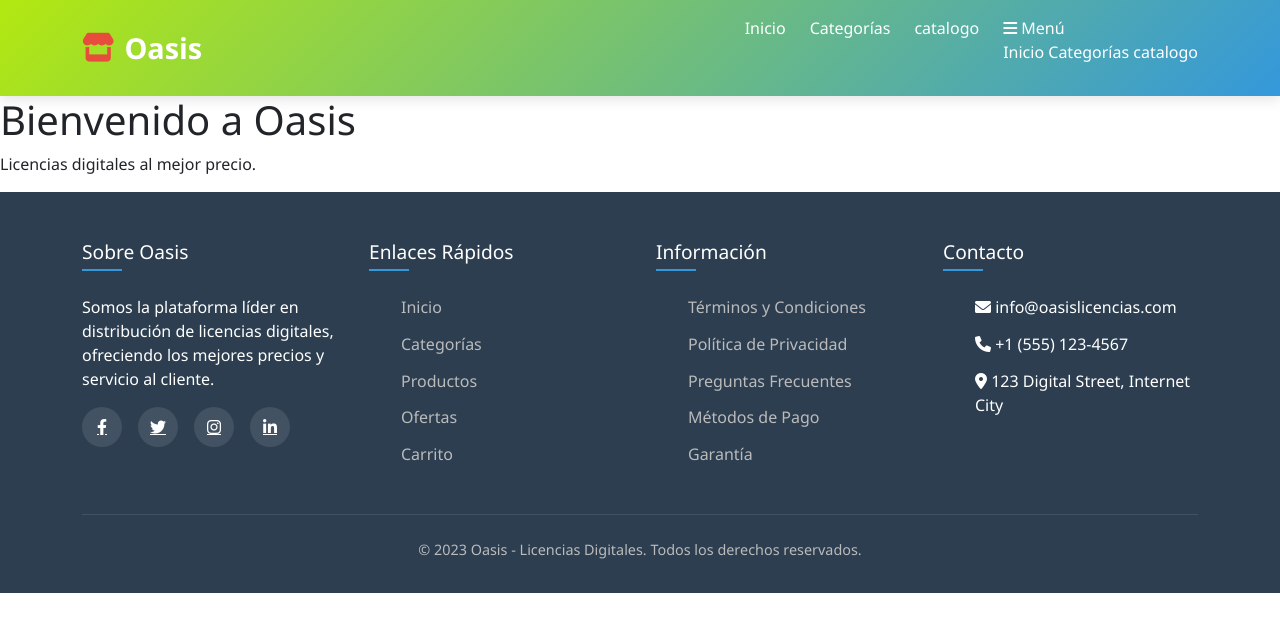
Repository: chicharo2025/oasis
Page: http://localhost/
These files come from the project's save history. The page is drawn as it stood at one moment and after the next save; the edit follows.
The browser window is 1280 px wide. The pictures show the whole page.
The page is served by the project's application, run on Django 5.2 (django_techstore/manage.py). Other server files are loaded and not shown.

Above is the page before, as saved 2025-04-12 17:59:22.

### django_techstore/productos/templates/productos/index.html
<!-- <!DOCTYPE html>
<html lang="es">
<head>
    <meta charset="UTF-8">
    <meta name="viewport" content="width=device-width, initial-scale=1.0">
    <title>Oasis</title>
    <link rel="stylesheet" href="https://cdnjs.cloudflare.com/ajax/libs/font-awesome/6.0.0-beta3/css/all.min.css">
    <link rel="stylesheet" href="static/css/style.css">

</head>
<body>
     Header
    <header>
        <div class="container">
            <div class="header-content">
                <div class="logo">
                    <i class="fas fa-store"></i>
                    <span>Oasis</span>
                </div>
                <nav>
                    <ul>
                        <li><a href="#inicio">Inicio</a></li>
                        <li><a href="categorias.html">Categorías</a></li>
                        <li><a href="#productos">Productos</a></li>
                        <li><a href="#ofertas">Ofertas</a></li>
                        <li>
                            <a href="#carrito" class="cart-icon">
                                <i class="fas fa-shopping-cart"></i>
                                <span class="cart-count">0</span>
                            </a>
                        </li>
                    </ul>
                </nav>
            </div>
        </div>
    </header>


    <div class="container">
        <div class="search-container">
            <input type="text" class="search-bar" placeholder="Buscar productos...">
            <button class="search-btn"><i class="fas fa-search"></i></button>
        </div>
    </div>
<a href="categoria.html"></a>

    <section class="hero" id="inicio">
        <div class="hero-content">
            <h1>Licencias Digitales al Mejor Precio</h1>
            <p>Encuentra las mejores cuentas premium de Netflix, HBO, Spotify, Office y más en un solo lugar.</p>
            <a href="#productos" class="btn">Explorar Productos</a>
        </div>
    </section>





    Offers Section
    <section class="container" id="ofertas">
        <h2 class="section-title">Ofertas Especiales</h2>
        <div class="offers">
            <div class="offer-banner">
                <h2>¡Gran Liquidación de Verano!</h2>
                <p>Hasta 50% de descuento en licencias seleccionadas. Oferta válida por tiempo limitado.</p>
                <div class="timer">
                    <div class="timer-item">
                        <span id="days">00</span>
                        <span>Días</span>
                    </div>
                    <div class="timer-item">
                        <span id="hours">00</span>
                        <span>Horas</span>
                    </div>
                    <div class="timer-item">
                        <span id="minutes">00</span>
                        <span>Min</span>
                    </div>
                    <div class="timer-item">
                        <span id="seconds">00</span>
                        <span>Seg</span>
                    </div>
                </div>
                <a href="#productos" class="btn">Ver Ofertas</a>
            </div>
        </div>
    </section>




    <script>
        // Countdown Timer
        function updateCountdown() {
            const now = new Date();
            const endDate = new Date();
            endDate.setDate(now.getDate() + 7); // 7 days from now

            const totalSeconds = (endDate - now) / 1000;

            const days = Math.floor(totalSeconds / 3600 / 24);
            const hours = Math.floor(totalSeconds / 3600) % 24;
            const minutes = Math.floor(totalSeconds / 60) % 60;
            const seconds = Math.floor(totalSeconds) % 60;

            document.getElementById('days').textContent = formatTime(days);
            document.getElementById('hours').textContent = formatTime(hours);
            document.getElementById('minutes').textContent = formatTime(minutes);
            document.getElementById('seconds').textContent = formatTime(seconds);
        }

        function formatTime(time) {
            return time < 10 ? `0${time}` : time;
        }

        setInterval(updateCountdown, 1000);
        updateCountdown();

        // Add to Cart Animation
        const addToCartButtons = document.querySelectorAll('.add-to-cart');
        const cartCount = document.querySelector('.cart-count');
        let count = 0;

        addToCartButtons.forEach(button => {
            button.addEventListener('click', function() {
                count++;
                cartCount.textContent = count;

                // Animation
                cartCount.style.transform = 'scale(1.5)';
                setTimeout(() => {
                    cartCount.style.transform = 'scale(1)';
                }, 300);

                // Notification
                const notification = document.createElement('div');
                notification.textContent = 'Producto añadido al carrito';
                notification.style.position = 'fixed';
                notification.style.bottom = '20px';
                notification.style.right = '20px';
                notification.style.backgroundColor = 'var(--success)';
                notification.style.color = 'white';
                notification.style.padding = '10px 20px';
                notification.style.borderRadius = '5px';
                notification.style.boxShadow = '0 2px 10px rgba(0,0,0,0.2)';
                notification.style.zIndex = '1000';
                notification.style.animation = 'fadeIn 0.5s ease';

                document.body.appendChild(notification);

                setTimeout(() => {
                    notification.style.animation = 'fadeIn 0.5s ease reverse';
                    setTimeout(() => {
                        document.body.removeChild(notification);
                    }, 500);
                }, 3000);
            });
        });

        // Smooth Scrolling
        document.querySelectorAll('a[href^="#"]').forEach(anchor => {
            anchor.addEventListener('click', function(e) {
                e.preventDefault();

                document.querySelector(this.getAttribute('href')).scrollIntoView({
                    behavior: 'smooth'
                });
            });
        });

        // Search Functionality
        const searchBar = document.querySelector('.search-bar');
        const searchBtn = document.querySelector('.search-btn');

        searchBtn.addEventListener('click', function() {
            if (searchBar.value.trim() !== '') {
                alert(`Buscando: ${searchBar.value}`);
                // Implement actual search functionality here
            }
        });

        searchBar.addEventListener('keypress', function(e) {
            if (e.key === 'Enter' && searchBar.value.trim() !== '') {
                alert(`Buscando: ${searchBar.value}`);
                // Implement actual search functionality here
            }
        });
    </script>
 -->
 <link rel="stylesheet" href="style.css">

 {% extends "productos/base.html" %}

{% block title %}Inicio - Oasis{% endblock %}

{% block content %}
    <h1>Bienvenido a Oasis</h1>
    <p>Licencias digitales al mejor precio.</p>
{% endblock %}

<a href="{% url 'categoria' %}" class="btn">Ver Categorías</a>
<a href="{% url 'catalogo' %}" class="btn">Ver Productos</a>

<h2>Todos los Productos</h2>
        <div class="row">
            {% for producto in productos %}
            <div class="col-md-4">
                <div class="card">
                    <a href="{% url 'detalle_producto' producto.id %}" style="text-decoration: none; text-align: center;">
                    <img src="{{ producto.imagen.url }}" class="card-img-top" alt="{{ producto.nombre }}" style="height: 300px; padding: 20px;">
                    <div class="card-body">
                        <h5 class="card-title">{{ producto.nombre }}</h5>
                    </a>
                    </div>
                </div>
            </div>
            {% endfor %}
        </div>
    </div>

### django_techstore/productos/templates/productos/base.html
<!-- products/templates/products/base.html -->
<!DOCTYPE html>
<html lang="es">
<head>
    <meta charset="UTF-8">
    <title>{% block title %}Oasis{% endblock %}</title>
    <link href="https://cdnjs.cloudflare.com/ajax/libs/font-awesome/6.0.0/css/all.min.css" rel="stylesheet">
</head>
<body>
    <!-- Menú (compartido en todas las páginas) -->
    {% include "productos/menu.html" %}

    <!-- Contenido específico -->
    {% block content %}{% endblock %}

    <!-- Footer (opcional) -->
    {% include "productos/footer.html" %}
</body>
</html>

### django_techstore/productos/templates/productos/menu.html
<!DOCTYPE html>
<html lang="es">
<head>
    <meta charset="UTF-8">
    <meta name="viewport" content="width=device-width, initial-scale=1.0">
    <title>{% block title %}Oasis{% endblock %}</title>
    <link rel="stylesheet" href="static css/style.css">
    <link href="https://cdnjs.cloudflare.com/ajax/libs/font-awesome/6.0.0/css/all.min.css" rel="stylesheet">
    <link href="https://cdn.jsdelivr.net/npm/bootstrap@5.3.5/dist/css/bootstrap.min.css" rel="stylesheet" integrity="sha384-SgOJa3DmI69IUzQ2PVdRZhwQ+dy64/BUtbMJw1MZ8t5HZApcHrRKUc4W0kG879m7" crossorigin="anonymous">
<!--     <style>
        /* Estilos del menú desplegable */
        .menu-desplegable {
            display: none;
            position: fixed;
            top: 60px;
            right: 20px;
            background: white;
            box-shadow: 0 0 10px rgba(0,0,0,0.1);
            z-index: 1000;
        }
        .menu-desplegable.visible {
            display: block;
        }
    </style> -->
</head>
<body>
    <!-- Header (común a todas las páginas) -->
    <header>
        <div class="container">
            <div class="header-content">
                <div class="logo">
                    <i class="fas fa-store"></i>
                    <span>Oasis</span>
                </div>
                <nav>
                    <ul>
                        <li><a href="{% url 'index' %}">Inicio</a></li>
                        <li><a href="{% url 'categoria' %}">Categorías</a></li>
                        <li><a href="{% url 'catalogo' %}">catalogo</a></li>
                        <li>
                            <a href="#" id="toggle-menu">
                                <i class="fas fa-bars"></i> Menú
                            </a>
                            <div class="menu-desplegable" id="dropdown-menu">
                                <a href="{% url 'index' %}">Inicio</a>
                                <a href="{% url 'categoria' %}">Categorías</a>
                                <a href="{% url 'catalogo' %}">catalogo</a>
                            </div>
                        </li>
                    </ul>
                </nav>
            </div>
        </div>
    </header>

    <!-- Contenido específico de cada página -->
    <main>
        {% block content %}{% endblock %}
    </main>

    <!-- Script para el menú desplegable -->
<!--     <script>
        document.getElementById("toggle-menu").addEventListener("click", function(e) {
            e.preventDefault();
            document.getElementById("dropdown-menu").classList.toggle("visible");
        });
    </script> -->
</body>
</html>

### django_techstore/productos/templates/productos/footer.html
    <!-- Footer -->
    <footer>
        <div class="container">
            <div class="footer-content">
                <div class="footer-column">
                    <h3>Sobre Oasis</h3>
                    <p>Somos la plataforma líder en distribución de licencias digitales, ofreciendo los mejores precios y servicio al cliente.</p>
                    <div class="social-links">
                        <a href="#"><i class="fab fa-facebook-f"></i></a>
                        <a href="#"><i class="fab fa-twitter"></i></a>
                        <a href="#"><i class="fab fa-instagram"></i></a>
                        <a href="#"><i class="fab fa-linkedin-in"></i></a>
                    </div>
                </div>
                <div class="footer-column">
                    <h3>Enlaces Rápidos</h3>
                    <ul>
                        <li><a href="#inicio">Inicio</a></li>
                        <li><a href="#categorias">Categorías</a></li>
                        <li><a href="#productos">Productos</a></li>
                        <li><a href="#ofertas">Ofertas</a></li>
                        <li><a href="#carrito">Carrito</a></li>
                    </ul>
                </div>
                <div class="footer-column">
                    <h3>Información</h3>
                    <ul>
                        <li><a href="#">Términos y Condiciones</a></li>
                        <li><a href="#">Política de Privacidad</a></li>
                        <li><a href="#">Preguntas Frecuentes</a></li>
                        <li><a href="#">Métodos de Pago</a></li>
                        <li><a href="#">Garantía</a></li>
                    </ul>
                </div>
                <div class="footer-column">
                    <h3>Contacto</h3>
                    <ul>
                        <li><i class="fas fa-envelope"></i> info@oasislicencias.com</li>
                        <li><i class="fas fa-phone"></i> +1 (555) 123-4567</li>
                        <li><i class="fas fa-map-marker-alt"></i> 123 Digital Street, Internet City</li>
                    </ul>
                </div>
            </div>
            <div class="footer-bottom">
                <p>&copy; 2023 Oasis - Licencias Digitales. Todos los derechos reservados.</p>
            </div>
        </div>
    </footer>


</body>
</html>
</body>
</html>

### django_techstore/productos/views.py
from django.shortcuts import render
from .models import Producto, Categoria

def index(request):
    categorias = Categoria.objects.all()
    productos_oferta = Producto.objects.filter(en_oferta=True)
    producto = Producto.objects.all()
    return render(request, 'productos/index.html', {
        'categorias': categorias,
        'productos_oferta': productos_oferta,
        'producto': producto
    })

def detalle_producto(request, id_productos):
    producto = Producto.objects.get(id=id_productos)
    return render(request, 'productos/detalle.html', {'producto': producto})

def categoria(request):  # Nombre en singular para coincidir con urls.py
    categorias = Categoria.objects.all()
    return render(request, 'productos/categoria.html', {'categorias': categorias})


def catalogo(request):  # Función añadida
    productos = Producto.objects.all()
    return render(request, 'productos/catalogo.html', {'producto': productos})

### django_techstore/django_techstore/urls.py
from django.contrib import admin
from django.urls import path
from django.conf import settings
from django.conf.urls.static import static
from django.contrib import admin
from django.urls import path, include

urlpatterns = [
    path('admin/', admin.site.urls),
    path('', include('productos.urls')),
]+ static(settings.MEDIA_URL, document_root=settings.MEDIA_ROOT)

### django_techstore/productos/urls.py
from django.urls import path
from .views import index, detalle_producto
from . import views

urlpatterns = [

    path('', index, name='index'),
    path('producto/<int:id_productos>/', detalle_producto, name='detalle_producto'),
    path('categoria/', views.categoria, name='categoria'),
    path('producto/', views.catalogo, name='catalogo'),
]

Loaded but not shown: django_techstore/static/css/style.css (557 lines, source omitted)

After the next save:
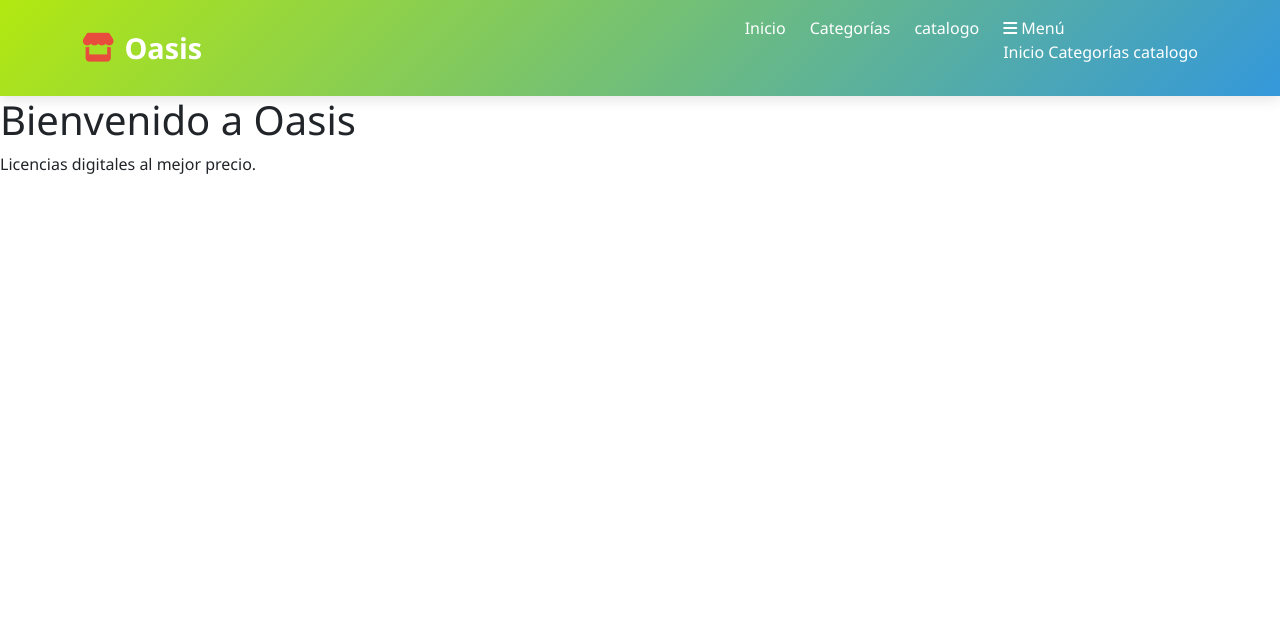
Saved 30 s later.
--- a/django_techstore/productos/templates/productos/index.html
+++ b/django_techstore/productos/templates/productos/index.html
@@ -189,7 +189,7 @@
  -->
  <link rel="stylesheet" href="style.css">
 
- {% extends "productos/base.html" %}
+ {% extends "productos/menu.html" %}
 
 {% block title %}Inicio - Oasis{% endblock %}
 
